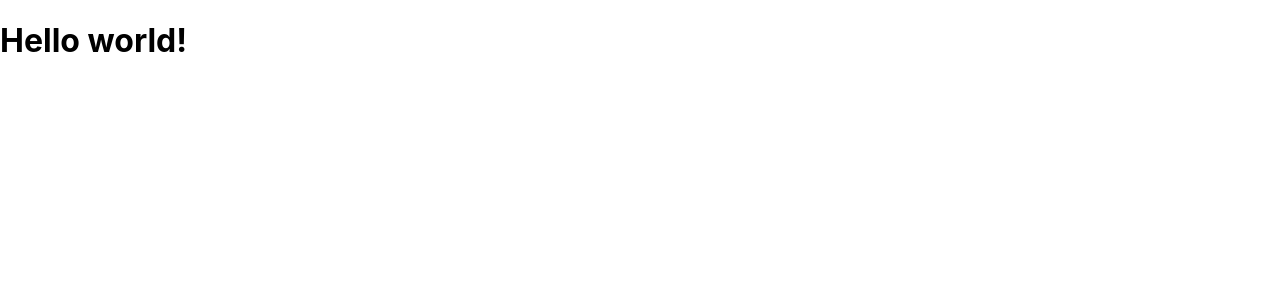
Repository: badhon252/todo-app
Page: /
An editor plug-in stored every save of this project. The page is shown before and after the next save, followed by the edit.
The browser window is 1280 px wide. The pictures show the whole page.
Some web libraries are served in a nearby version. The project was rebuilt for these pictures with package versions that can differ from the ones it lists, and the page was loaded fresh each time.

Above is the page before, as saved 2022-01-26 12:00:00.

### public/index.html
<!DOCTYPE html>
<html lang="en">

<head>
  <meta charset="utf-8" />
  <link rel="icon" href="%PUBLIC_URL%/favicon.ico" />
  <meta name="viewport" content="width=device-width, initial-scale=1" />
  <meta name="theme-color" content="#000000" />
  <meta name="description" content="Web site created using create-react-app" />
  <link rel="apple-touch-icon" href="%PUBLIC_URL%/logo192.png" />

  <link rel="manifest" href="%PUBLIC_URL%/manifest.json" />

  <link rel="stylesheet" href="https://pro.fontawesome.com/releases/v5.10.0/css/all.css"
    integrity="sha384-AYmEC3Yw5cVb3ZcuHtOA93w35dYTsvhLPVnYs9eStHfGJvOvKxVfELGroGkvsg+p" crossorigin="anonymous" />
  <title>React App</title>
</head>

<body>
  <noscript>You need to enable JavaScript to run this app.</noscript>
  <div id="root"></div>
  <!--
      This HTML file is a template.
      If you open it directly in the browser, you will see an empty page.

      You can add webfonts, meta tags, or analytics to this file.
      The build step will place the bundled scripts into the <body> tag.

      To begin the development, run `npm start` or `yarn start`.
      To create a production bundle, use `npm run build` or `yarn build`.
    -->
</body>

</html>

### src/App.js
import Todo from "./components/Todo";

function App() {
  return (
    <div className="App">
      <Todo />
    </div>
  );
}

export default App;

### src/components/Todo.js
import React from "react";

export default function Todo() {
  return (
    <div className="main-div">
      <h1>Hello world!</h1>
    </div>
  );
}

Loaded but not shown: src/index.js (common file); src/index.css (common file); src/reportWebVitals.js (common file)

After the next save:
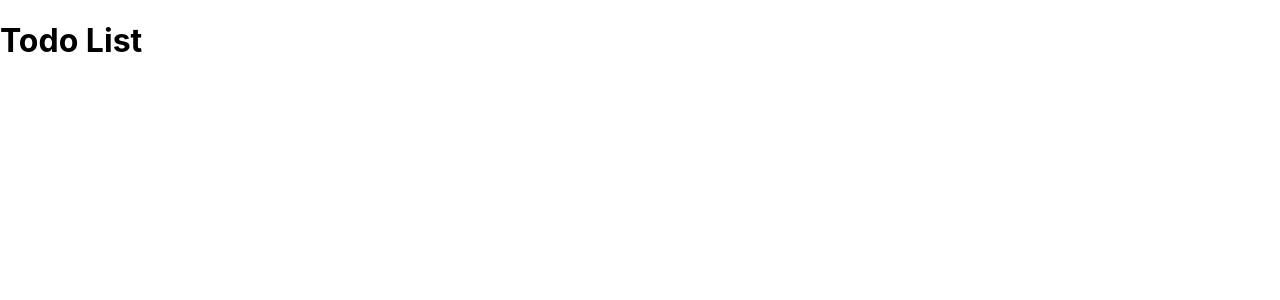
Saved 17 s later.
--- a/src/components/Todo.js
+++ b/src/components/Todo.js
@@ -3,7 +3,7 @@ import React from "react";
 export default function Todo() {
   return (
     <div className="main-div">
-      <h1>Hello world!</h1>
+      <h1>Todo List</h1>
     </div>
   );
 }
